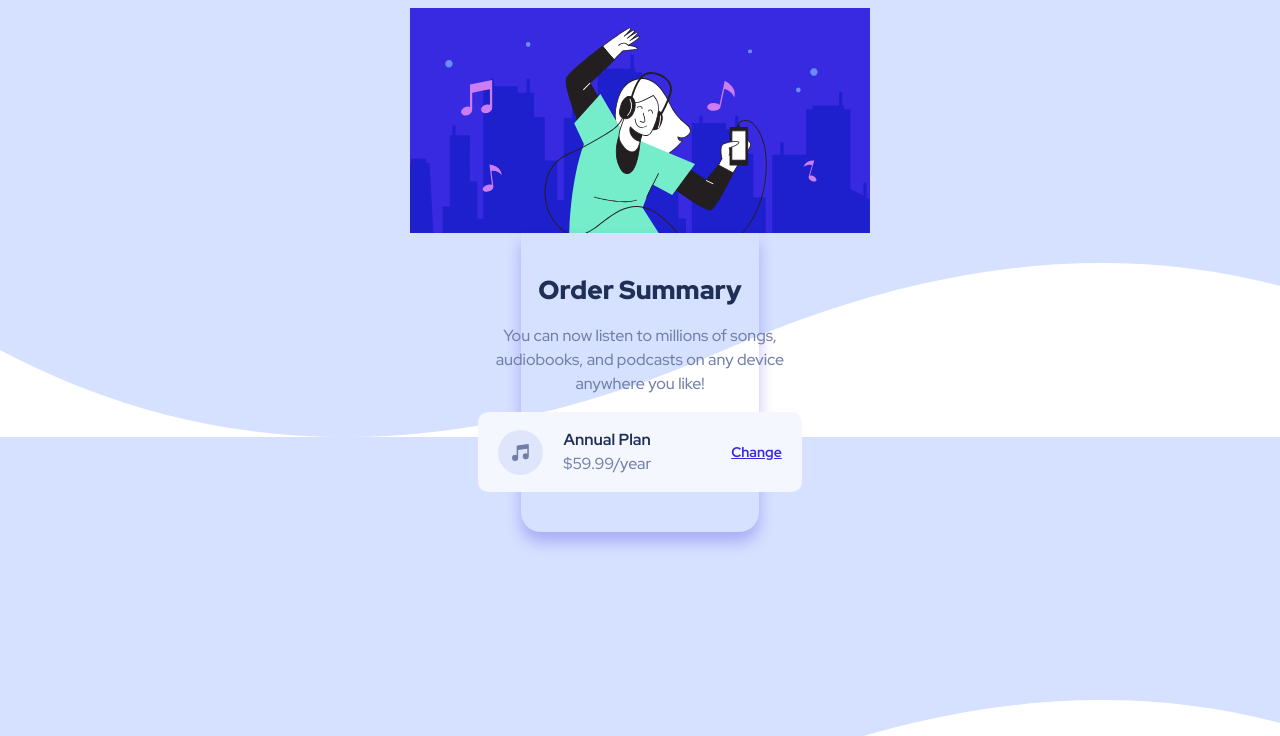
Repository: Pawan-pediredla/frontend-mentors
Page: order-summary-card/order-summary-component-main/markup/index.html
These files come from the project's save history. The page is drawn as it stood at one moment and after the next save; the edit follows.
The browser window is 1280 px wide. The pictures show the whole page.

Above is the page before, as saved 2024-06-22 12:17:54.

After the next save:
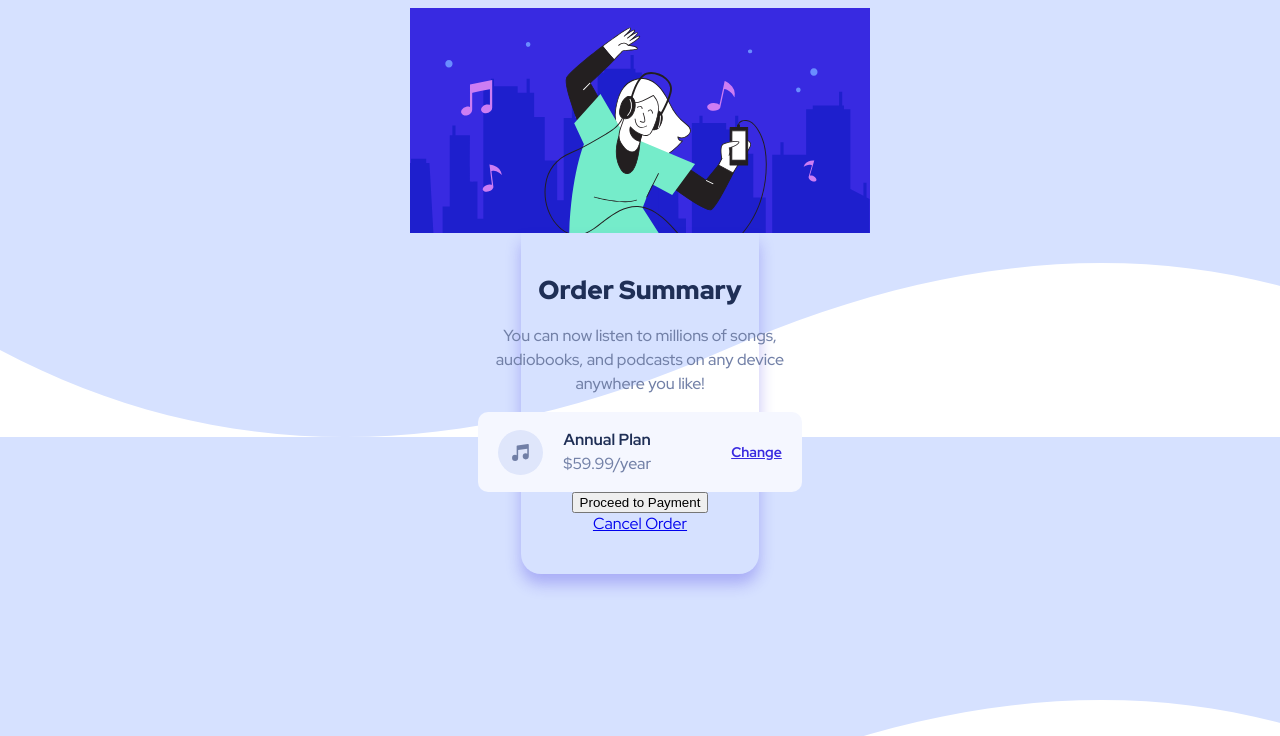
Saved 12 s later.
--- a/order-summary-card/order-summary-component-main/markup/index.html
+++ b/order-summary-card/order-summary-component-main/markup/index.html
@@ -35,6 +35,9 @@
         <a href="#">Change</a>
       </section>
       <section class="footer">
+        <button type="button">Proceed to Payment</button>
+
+        <a href="#">Cancel Order</a>
       </section>
     </div>
   </div>
